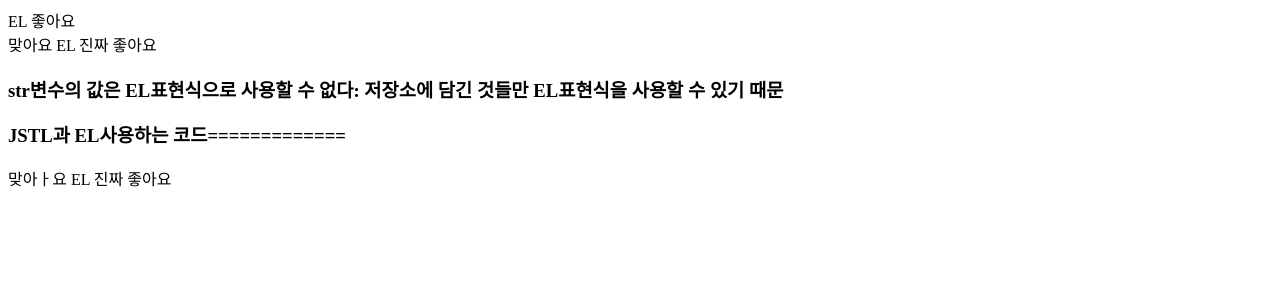
Repository: moonsae/jsp
Page: http://localhost/ELprj0908/el3
These files come from the project's save history. The page is drawn as it stood at one moment and after the next save; the edit follows.
The browser window is 1280 px wide. The pictures show the whole page.
The page is served by Tomcat 9. Other server files are loaded and not shown.

Above is the page before, as saved 2023-09-08 05:16:22.

### ELprj0908/src/main/webapp/WEB-INF/views/el3.jsp
<%@ page language="java" contentType="text/html; charset=UTF-8"
    pageEncoding="UTF-8"%>
    <%@ taglib uri="http://java.sun.com/jsp/jstl/core" prefix="c" %>
<!DOCTYPE html>
<html>
<head>
<meta charset="UTF-8">
<title>Insert title here</title>
</head>
<body>

<% String str = "EL 좋아요" ;
   out.println(str);
%>
<% if(str.equals("EL 좋아요")){ %>
    <div> 맞아요 EL 진짜 좋아요</div>
<% } %>

<h3> str변수의 값은 EL표현식으로 사용할 수 없다: 저장소에 담긴 것들만 EL표현식을 사용할 수 있기 때문</h3>

<h3>JSTL과 EL사용하는 코드=============</h3>
<!--  c:set으로 변수를 선언하면 pageContext 저장소에 담긴다.
      그래서 EL 표현식을 사용할 수 있다. -->
<c:set var="str2" value="EL좋아요"/>
<c:if test="${str2 eq 'EL좋아요' }">
     <div> 맞아ㅏ요 EL 진짜 좋아요</div>
</c:if>
</body>
</html>

### ELprj0908/src/main/java/elprj/EL3.java
package elprj;

import java.io.IOException;

import javax.servlet.ServletException;
import javax.servlet.annotation.WebServlet;
import javax.servlet.http.HttpServlet;
import javax.servlet.http.HttpServletRequest;
import javax.servlet.http.HttpServletResponse;

@WebServlet("/el3")
public class EL3 extends HttpServlet{

	@Override
	protected void doGet(HttpServletRequest req, HttpServletResponse resp) throws ServletException, IOException {


		//
		req.setAttribute("data", "hi el");

		req.getRequestDispatcher("WEB-INF/views/el3.jsp").forward(req, resp);

	}

}

After the next save:
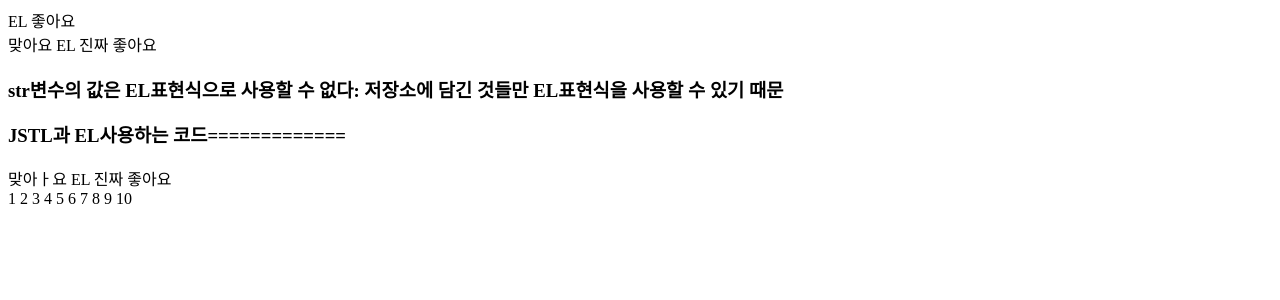
Saved 6 min 41 s later.
--- a/ELprj0908/src/main/webapp/WEB-INF/views/el3.jsp
+++ b/ELprj0908/src/main/webapp/WEB-INF/views/el3.jsp
@@ -25,5 +25,8 @@
 <c:if test="${str2 eq 'EL좋아요' }">
      <div> 맞아ㅏ요 EL 진짜 좋아요</div>
 </c:if>
+<c:forEach var="i" begin="1" end= "10">
+	     ${i}
+</c:forEach>
 </body>
 </html>
